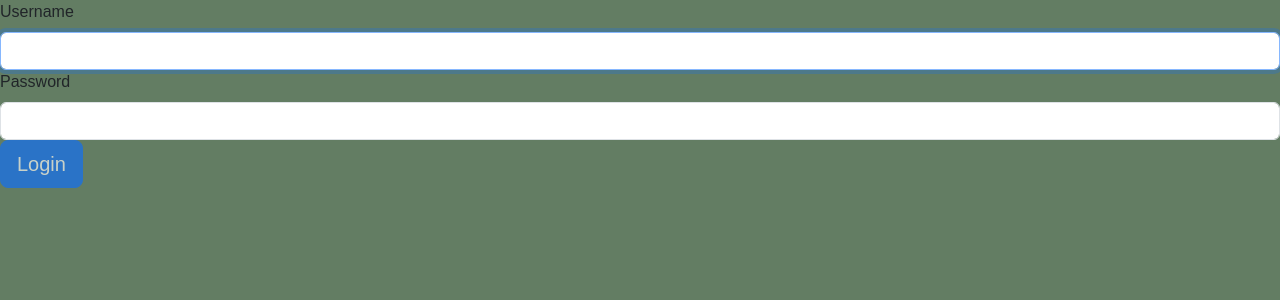
Repository: ryangen97/TT4_Group12
Page: /login (app in dbsseed/)
An editor plug-in stored every save of this project. The page is shown before and after the next save, followed by the edit.
The browser window is 1280 px wide. The pictures show the whole page.
The project was rebuilt for these pictures with package versions that can differ from the ones it lists, and the page was loaded fresh each time. A package was used in the major version that the imports need, not the one package.json lists. Also part of the build but not shown: dbsseed/src/components/dashboard/Main.css, dbsseed/src/components/charts/Chart.js, dbsseed/src/components/dashboard/Main.js, dbsseed/src/components/sidebar/Sidebar.css, dbsseed/src/components/sidebar/SidebarData.js, dbsseed/src/components/sidebar/Sidebar.js, dbsseed/src/pages/AddTransaction/index.js, dbsseed/src/transactionhistory.js.

Above is the page before, as saved 2021-05-07 13:56:27.

After the next save:
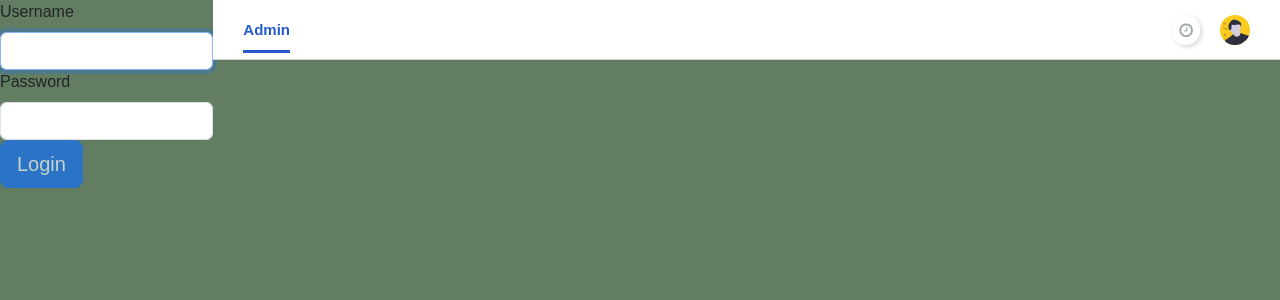
Saved 100 s later.
--- a/dbsseed/src/App.js
+++ b/dbsseed/src/App.js
@@ -23,7 +23,6 @@ import axios from 'axios'
 //     return Promise.reject(error)
 //   }
 // )
-
 const App = () => {
   const [sidebarOpen, setsidebarOpen] = useState(false);
   const openSidebar = () => {
@@ -33,11 +32,15 @@ const App = () => {
     setsidebarOpen(false);
   };
   return (
-
+    <Router>
+      <div className="root-container">
         <div className="Login" >
           <Login/>
         </div>
-
+        <Navbar sidebarOpen={sidebarOpen} openSidebar={openSidebar} />
+        <Route exact path="/addTransaction" component={AddTransactionPage} />
+      </div>
+    </Router>
   );
 };
 
